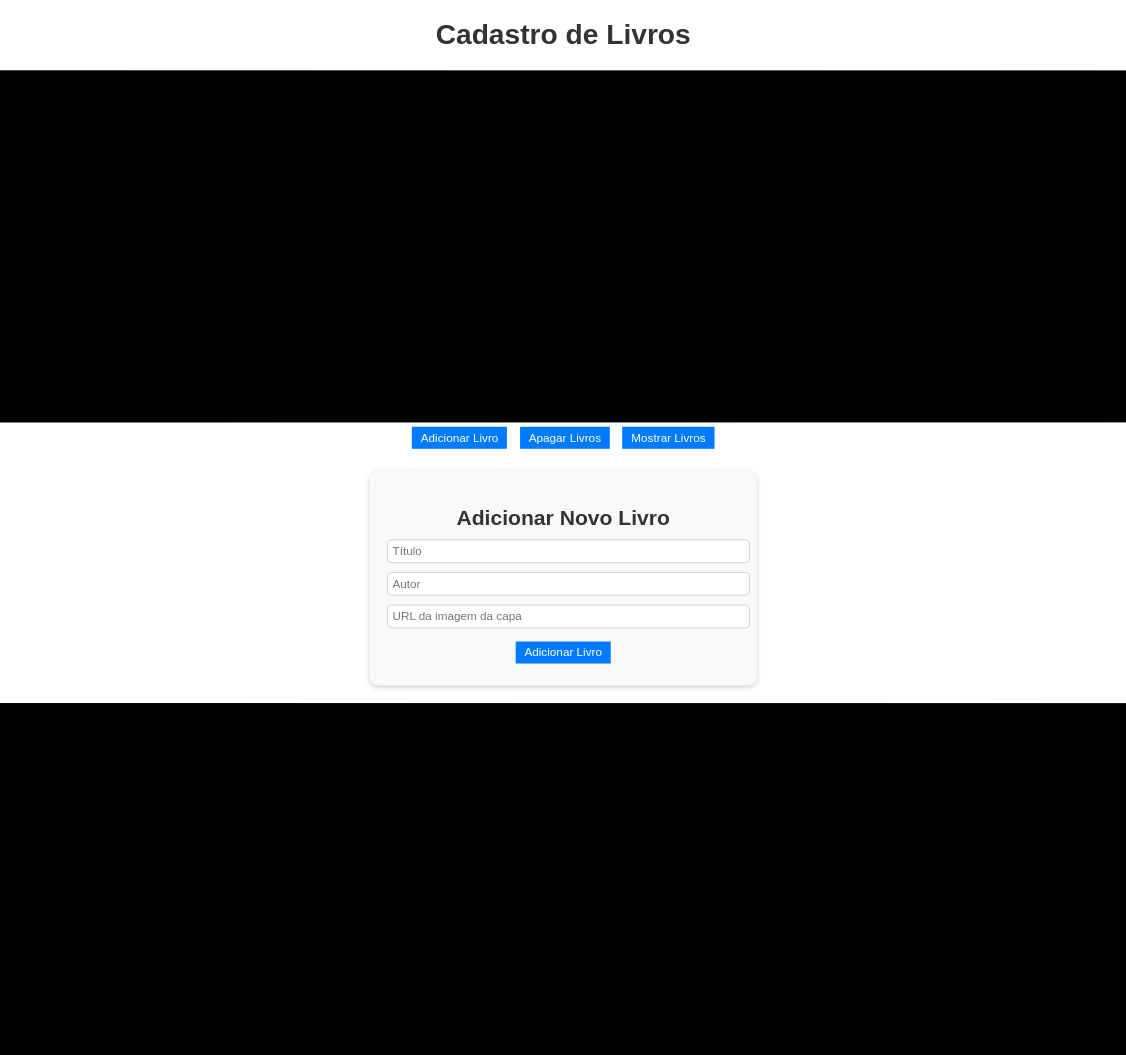
Repository: Matheus904-12/JS-BIN
Page: iindex.html
These files come from the project's save history. The page is drawn as it stood at one moment and after the next save; the edit follows.
The browser window is 1280 px wide. The pictures show the whole page, at 88% of full size.
The page's requests for data from a server got no answer.

Above is the page before, as saved 2023-08-23 10:48:54.

### iindex.html
<!DOCTYPE html>
<html lang="en">
<head>
  <meta charset="UTF-8">
  <meta name="viewport" content="width=device-width, initial-scale=1.0">
  <link rel="stylesheet" href="sstyle.css">
  <title>Cadastro de Livros</title>
</head>
<body>
  <h1>Cadastro de Livros</h1>
  <div class="carousel">
    <div class="carousel-container" id="carousel-container">
      <!-- Carrossel preenchido dinamicamente pelo script.js -->
    </div>
    <div class="carousel-gradient"></div>
  </div>
  <button id="add-book">Adicionar Livro</button>
  <button id="delete-books">Apagar Livros</button>
  <button id="show-books">Mostrar Livros</button>
  <p id="status"></p>
  <div class="book-entry">
    <h2>Adicionar Novo Livro</h2>
    <input type="text" id="title" placeholder="Título">
    <input type="text" id="author" placeholder="Autor">
    <input type="text" id="imageUrl" placeholder="URL da imagem da capa">
    <button id="add-book">Adicionar Livro</button>
  </div>
  <div class="carousel">
    <div class="carousel-container" id="carousel-container">
      <!-- Carrossel preenchido dinamicamente pelo script.js -->
    </div>
    <div class="carousel-gradient"></div>
  </div>
  <script src="ipt.js"></script>
</body>
</html>

### sstyle.css
body {
    font-family: Arial, sans-serif;
    text-align: center;
    margin: 0;
    padding: 0;
  }

  h1 {
    color: #333;
  }

  button {
    margin: 5px;
    padding: 5px 10px;
    background-color: #007bff;
    color: #fff;
    border: none;
    cursor: pointer;
  }

  button:hover {
    background-color: #0056b3;
  }

  .carousel {
    position: relative;
    width: 100%;
    height: 400px;
    overflow: hidden;
    background-color: #000;
  }

  .carousel-container {
    display: flex;
    transition: transform 0.5s;
  }

  .carousel-gradient {
    position: absolute;
    width: 100%;
    height: 100%;
    background: linear-gradient(to right, rgba(0, 0, 0, 0.8), transparent);
    pointer-events: none;
  }

  .book-item {
    display: flex;
    flex-direction: column;
    align-items: center;
    justify-content: center;
    width: 200px;
    height: 300px;
    margin-right: 20px;
    background-color: #fff;
    border-radius: 10px;
    box-shadow: 0 2px 6px rgba(0, 0, 0, 0.2);
    overflow: hidden;
  }

  .book-img {
    max-width: 100px;
    max-height: 150px;
    margin-bottom: 10px;
  }

  #status {
    margin-top: 10px;
    font-style: italic;
  }

  /* ... */
.book-entry {
    margin: 20px auto;
    padding: 20px;
    width: 80%;
    max-width: 400px;
    background-color: #f9f9f9;
    border-radius: 10px;
    box-shadow: 0 2px 6px rgba(0, 0, 0, 0.2);
  }

  .book-entry h2 {
    margin-bottom: 10px;
    color: #333;
  }

  .book-entry input {
    display: block;
    margin-bottom: 10px;
    width: 100%;
    padding: 5px;
    border: 1px solid #ccc;
    border-radius: 5px;
  }



  /* ... */

### ipt.js
document.getElementById('add-book').addEventListener('click', async () => {
    // ...
  });

  document.getElementById('show-books').addEventListener('click', async () => {
    // ...
  });

  document.getElementById('delete-books').addEventListener('click', async () => {
    // ...
  });

  // Função para criar elementos de livro no carrossel
  function createBookElement(book) {
    const bookDiv = document.createElement('div');
    bookDiv.className = 'book-item';

    const bookImage = document.createElement('img');
    bookImage.className = 'book-img';
    bookImage.src = book.imageUrl || 'assets/book_placeholder.jpg';

    const bookInfo = document.createElement('div');
    bookInfo.innerHTML = `<strong>Título:</strong> ${book.title || 'Desconhecido'}<br><strong>Autor:</strong> ${book.author || 'Desconhecido'}`;

    bookDiv.appendChild(bookImage);
    bookDiv.appendChild(bookInfo);
    return bookDiv;
  }

  // Função para atualizar o carrossel com os livros
  async function updateCarousel() {
    const container = document.getElementById('carousel-container');
    container.innerHTML = '';

    try {
      const response = await fetch('http://localhost:3000/get-books');
      const books = await response.json();

      for (const book of books) {
        const bookElement = createBookElement(book);
        container.appendChild(bookElement);
      }

      // Atualizar gradient conforme a quantidade de livros
      const gradient = document.querySelector('.carousel-gradient');
      gradient.style.background = `linear-gradient(to right, rgba(0, 0, 0, 0.8), transparent ${books.length * 220 + 20}px)`;
    } catch (error) {
      console.error('Erro ao obter livros:', error);
    }
  }

  // Atualizar o carrossel ao carregar a página
  window.addEventListener('load', () => {
    updateCarousel();
  });

### script.js
let biblioteca = [];
let carrosselIndex = 0;
let notifications = [];

let n = 0;
while (n < 3) {
    n++;
}

function cadastro(nome, autor, ano) {
    var livro = {
        nome: nome,
        autor: autor,
        ano: ano
    };
    biblioteca.push(livro);
    atualizarContador();
    mostrarLivros();
    startCarousel();
}

function adicionar() {
    let nome = document.getElementById('nomeLivro').value;
    let autor = document.getElementById('autorLivro').value;
    let ano = document.getElementById('anoLivro').value;
    cadastro(nome, autor, ano);
    showNotification('Livro adicionado com sucesso!', true);
}

function mostrarLivros() {
    const livrosDiv = document.getElementById('livros');
    livrosDiv.innerHTML = '';

    for (let i = 0; i < biblioteca.length; i++) {
        const livro = biblioteca[i];
        const livroDiv = document.createElement('div');
        livroDiv.classList.add('livro');

        const infoDiv = document.createElement('div');
        const nomeAutor = document.createElement('h3');
        nomeAutor.textContent = `Nome: ${livro.nome}, Autor: ${livro.autor}`;
        infoDiv.appendChild(nomeAutor);

        const ano = document.createElement('p');
        ano.textContent = `Ano: ${livro.ano}`;
        infoDiv.appendChild(ano);

        const capaDiv = document.createElement('div');
        capaDiv.classList.add('capa-livro');
        capaDiv.style.backgroundImage = `url('${livro.capa}')`;
        livroDiv.appendChild(capaDiv);

        const btnDiv = document.createElement('div');
        const mostrarBtn = document.createElement('button');
        mostrarBtn.textContent = 'Mostrar';
        mostrarBtn.onclick = function () {
            console.log(`Nome: ${livro.nome}, Autor: ${livro.autor}, Ano: ${livro.ano}`);
        };
        btnDiv.appendChild(mostrarBtn);

        const apagarBtn = document.createElement('button');
        apagarBtn.textContent = 'Apagar';
        apagarBtn.onclick = function () {
            biblioteca.splice(i, 1);
            mostrarLivros();
            atualizarContador();
        };
        btnDiv.appendChild(apagarBtn);

        livroDiv.appendChild(infoDiv);
        livroDiv.appendChild(btnDiv);

        livrosDiv.appendChild(livroDiv);
    }

    startCarousel(); // Iniciar o carrossel após atualizar os livros
}

function apagarLivros() {
    biblioteca = [];
    atualizarContador();
    mostrarLivros();
    console.log('Biblioteca apagada');
}

function atualizarContador() {
    const contador = document.getElementById('contadorLivros');
    if (biblioteca.length === 0) {
        contador.textContent = 'Cadastre um livro';
    } else {
        contador.textContent = `${biblioteca.length} livro${biblioteca.length === 1 ? '' : 's'} cadastrado${biblioteca.length === 1 ? '' : 's'}`;
    }
}

function showNotification(message, isSuccess) {
    const notificationCarousel = document.getElementById('notification-carousel');
    const newNotification = document.createElement('div');
    newNotification.textContent = message;
    newNotification.style.backgroundColor = isSuccess ? '#28a745' : '#dc3545';
    newNotification.classList.add('notification');
    notificationCarousel.appendChild(newNotification);

    notifications.push(newNotification);
    startNotificationCarousel();
}

function startNotificationCarousel() {
    let currentIndex = notifications.length - 1;
    notifications[currentIndex].style.transform = 'translateX(0)';

    setTimeout(() => {
        notifications[currentIndex].style.transform = 'translateX(100%)';

        setTimeout(() => {
            notifications[currentIndex].remove();
            notifications.splice(currentIndex, 1);
        }, 500);
    }, 3000);
}

function startCarousel() {
    const carrossel = document.getElementById('carrossel');
    carrossel.innerHTML = '';

    for (let i = 0; i < biblioteca.length; i++) {
        const livro = biblioteca[i];
        const capaDiv = document.createElement('div');
        capaDiv.classList.add('capa');
        // Substitua 'URL_DA_CAPA_DO_LIVRO' pela URL real da capa do livro
        capaDiv.style.backgroundImage = `url('${livro.capa}')`;

        carrossel.appendChild(capaDiv);
    }

    carrosselIndex = 0;
    showNextCarrosselItem();
}

function showNextCarrosselItem() {
    const carrossel = document.getElementById('carrossel');
    const capas = carrossel.querySelectorAll('.capa');

    if (capas.length > 0) {
        capas[carrosselIndex].style.opacity = '1';

        setTimeout(() => {
            capas[carrosselIndex].style.opacity = '0';
            carrosselIndex = (carrosselIndex + 1) % capas.length;
            showNextCarrosselItem();
        }, 3000); // Troca a cada 3 segundos (3000 milissegundos)
    }
}

document.getElementById('add-book').addEventListener('click', async () => {
    const title = document.getElementById('title').value;
    const author = document.getElementById('author').value;
    const imageUrl = document.getElementById('imageUrl').value;

    try {
      const response = await fetch('http://localhost:3000/add-book', {
        method: 'POST',
        headers: {
          'Content-Type': 'application/json'
        },
        body: JSON.stringify({ title, author, imageUrl })
      });
      const result = await response.text();
      alert(result);
      updateCarousel();
    } catch (error) {
      console.error('Erro ao adicionar livro:', error);
    }
  });

After the next save:
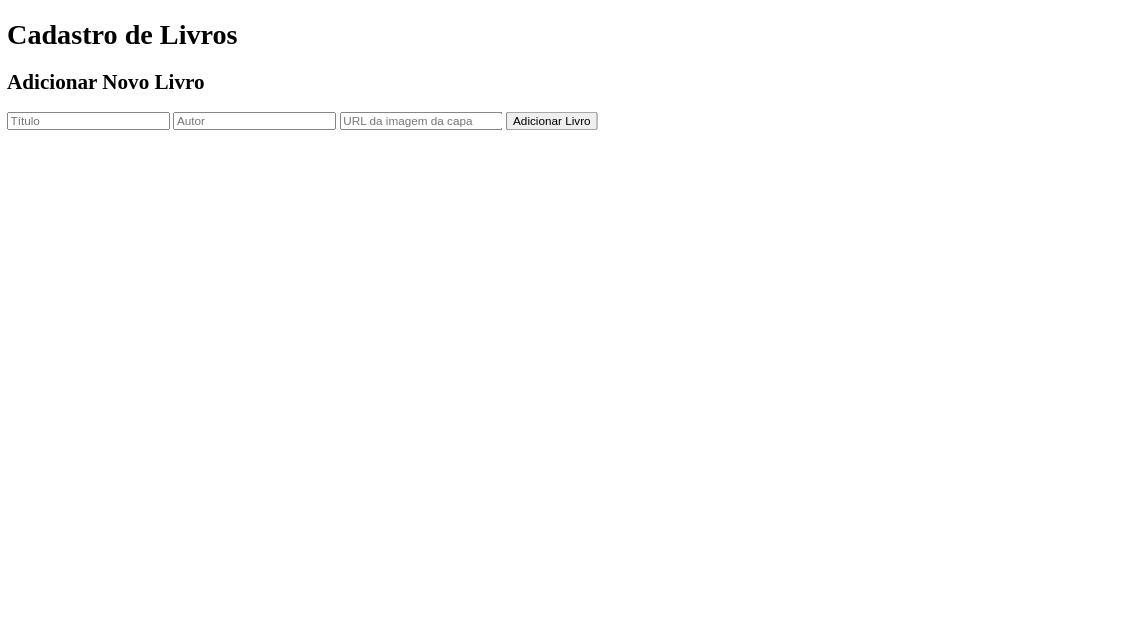
Not found: styles.css
Saved 4 min 3 s later.
--- a/iindex.html
+++ b/iindex.html
@@ -3,21 +3,11 @@
 <head>
   <meta charset="UTF-8">
   <meta name="viewport" content="width=device-width, initial-scale=1.0">
-  <link rel="stylesheet" href="sstyle.css">
+  <link rel="stylesheet" href="styles.css">
   <title>Cadastro de Livros</title>
 </head>
 <body>
   <h1>Cadastro de Livros</h1>
-  <div class="carousel">
-    <div class="carousel-container" id="carousel-container">
-      <!-- Carrossel preenchido dinamicamente pelo script.js -->
-    </div>
-    <div class="carousel-gradient"></div>
-  </div>
-  <button id="add-book">Adicionar Livro</button>
-  <button id="delete-books">Apagar Livros</button>
-  <button id="show-books">Mostrar Livros</button>
-  <p id="status"></p>
   <div class="book-entry">
     <h2>Adicionar Novo Livro</h2>
     <input type="text" id="title" placeholder="Título">
@@ -27,10 +17,11 @@
   </div>
   <div class="carousel">
     <div class="carousel-container" id="carousel-container">
-      <!-- Carrossel preenchido dinamicamente pelo script.js -->
     </div>
     <div class="carousel-gradient"></div>
   </div>
-  <script src="ipt.js"></script>
+  <p id="status"></p>
+
+  <script src="script.js"></script>
 </body>
 </html>
